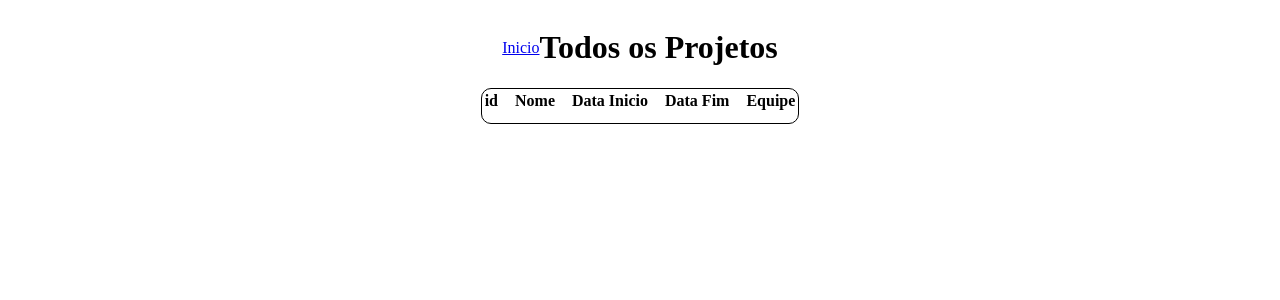
Repository: OmagnetFirel/basico-javaweb
Page: http://localhost/DEVManager/ListarTodosProjetos?np=/listarProjetos.jsp
An editor plug-in stored every save of this project. The page is shown before and after the next save, followed by the edit.
The browser window is 1280 px wide. The pictures show the whole page.
The page is served by Tomcat 9. Other server files are loaded and not shown. Queries for data that is not in the repository find no rows.

Above is the page before, as saved 2023-04-23 18:04:40.

### DEVManager/src/main/webapp/listarProjetos.jsp
<%@ page language="java" contentType="text/html; charset=ISO-8859-1"
    pageEncoding="ISO-8859-1"%>
    <%@ taglib uri="http://java.sun.com/jsp/jstl/core" prefix="c" %>
<!DOCTYPE html>
<html>
<head>
<meta charset="ISO-8859-1">
<title>DM - Todos os projetos</title>
</head>
<body  style="display:flex; justify-content:center; align-items:center; flex-direction:column;">
	<div style="display:flex; justify-content:center; align-items:center;">
		<a href="/index.html">Inicio</a>
		<h1>Todos os Projetos</h1>
	</div>

	<table  style="flex:1; border: 1px solid black; border-radius: 10px;">
		<tr style="margin-bottom:10px; display:flex; flex-direction:row; column-gap: 15px;">
			<th>id</th>
			<th>Nome</th>
			<th>Data Inicio</th>
			<th>Data Fim</th>
			<th>Equipe</th>
		</tr>

		<c:forEach var="projeto" items="${projetos}">
			<tr style="margin-bottom:5px; display:flex; flex-direction:row; column-gap: 15px; border-bottom: 1px solid blue;">
				<td>
					${projeto.id}
				</td>
				<td>
					${projeto.nome}
				</td>
				<td>
					${projeto.dataInicio}
				</td>
				<td>
					${projeto.dataFim}
				</td>
				<td>
					${projeto.equipe.nome}
				</td>
			</tr>
		</c:forEach>


	</table>
</body>
</html>

### DEVManager/src/main/java/br/devmanager/controller/ListarTodosProjetos.java
package br.devmanager.controller;

import java.io.IOException;
import java.sql.SQLException;
import java.util.List;

import javax.servlet.RequestDispatcher;
import javax.servlet.ServletException;
import javax.servlet.annotation.WebServlet;
import javax.servlet.http.HttpServlet;
import javax.servlet.http.HttpServletRequest;
import javax.servlet.http.HttpServletResponse;

import br.devmanager.dao.ProjetoDao;
import br.devmanager.model.Projeto;


@WebServlet("/ListarTodosProjetos")
public class ListarTodosProjetos extends HttpServlet {
	private static final long serialVersionUID = 1L;

    public ListarTodosProjetos() {
        super();
    }


	protected void doGet(HttpServletRequest request, HttpServletResponse response) throws ServletException, IOException {
		ProjetoDao pjDAO = new ProjetoDao();
		List<Projeto> projetos = null;
		try {
			projetos = pjDAO.buscarTodos();
		} catch (SQLException e) {
			e.printStackTrace();
		}

		String np = request.getParameter("np");
		request.setAttribute("projetos", projetos);
		RequestDispatcher rd = request.getRequestDispatcher(np);
		rd.forward(request, response);
	}


	protected void doPost(HttpServletRequest request, HttpServletResponse response) throws ServletException, IOException {
		doGet(request, response);
	}

}

### DEVManager/src/main/java/br/devmanager/dao/ProjetoDao.java
package br.devmanager.dao;
import java.util.List;
import java.util.ArrayList;
import java.sql.Connection;
import java.sql.PreparedStatement;
import java.sql.ResultSet;
import java.sql.SQLException;

import br.devmanager.model.Projeto;

public class ProjetoDao {
	private Connection con = null;

	public ProjetoDao() {
		con = ConnectionFactory.getConnection();
	}

	public void adicionar(Projeto projeto) throws SQLException {
		String sql = "insert into projeto(nome, data_inicio, data_fim, equipe_id) values (?,?,?,?)";
		PreparedStatement stmt = con.prepareStatement(sql);

		java.sql.Date data_inicio_Convertida = null;
		try {
			data_inicio_Convertida = new java.sql.Date(projeto.getDataInicio().getTime());
		}catch (Exception e) {
			// TODO: handle exception
		}

		java.sql.Date data_fim_Convertida = null;
		try {
			data_fim_Convertida = new java.sql.Date(projeto.getDataFim().getTime());
		}catch (Exception e) {
			// TODO: handle exception
		}
		stmt.setString(1, projeto.getNome());
		stmt.setDate(2, data_inicio_Convertida);
		stmt.setDate(3, data_fim_Convertida);
		stmt.setInt(4, projeto.getEquipe().getId());

		stmt.execute();
		stmt.close();
		con.close();
	}

	public Projeto buscarUm(int id) throws SQLException{

		String sql = "select id, nome, data_inicio, data_fim, equipe_id from projeto where id=?";
		PreparedStatement stmt = con.prepareStatement(sql);
		stmt.setInt(1, id);
		ResultSet rs = stmt.executeQuery();

		Projeto projeto = null;

		if(rs.next()) {
			try {
				EquipeDao equipeDao = new EquipeDao();


				projeto = new Projeto(
						rs.getInt("id"),
						rs.getString("nome"),
						rs.getDate("data_inicio"),
						rs.getDate("data_fim"),
						equipeDao.buscarUm(rs.getInt("equipeId"))
						);
			}catch (Exception e) {
				System.out.println("Error: " + e);
			}
		} else {
			System.out.println("Não foi encontrado nem um proje com o id: " + id);
		}
		stmt.close();
		con.close();

		return projeto;

	}

	public List<Projeto> buscarTodos() throws SQLException {
		String sql = "select id, nome, data_inicio, data_fim, equipe_id from projeto";
		PreparedStatement stmt = con.prepareStatement(sql);
		ResultSet rs = stmt.executeQuery();

		List<Projeto> projetos = new ArrayList<Projeto>();
		while(rs.next()) {
			EquipeDao equipeDao = new EquipeDao();

			Projeto projeto = new Projeto(
					rs.getInt("id"),
					rs.getString("nome"),
					rs.getDate("data_inicio"),
					rs.getDate("data_fim"),
					equipeDao.buscarUm(rs.getInt("equipe_id"))
					);

			projetos.add(projeto);
		}

		return projetos;
	}
}

### DEVManager/src/main/java/br/devmanager/dao/ConnectionFactory.java
package br.devmanager.dao;

import java.sql.Connection;
import java.sql.DriverManager;
import java.sql.SQLException;

public class ConnectionFactory {

	public static Connection getConnection() {

		try {
			Class.forName("com.mysql.cj.jdbc.Driver");
		} catch (ClassNotFoundException e1) {
			// TODO Auto-generated catch block
			e1.printStackTrace();
		}


		try {
			return DriverManager.getConnection("jdbc:mysql://localhost:3306/db_star"
					,"root",
					"");
		} catch (SQLException e) {
			System.out.println("trolei aqui");
			e.printStackTrace();
		}
		return null;
	}
}

After the next save:
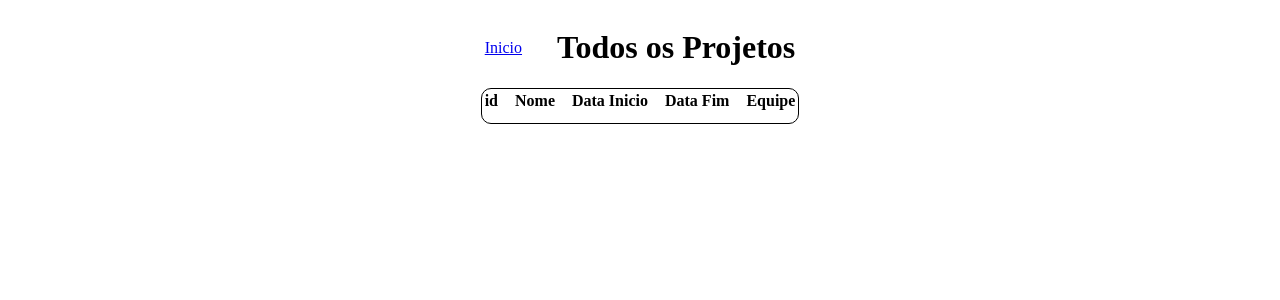
Saved 27 s later.
--- a/DEVManager/src/main/webapp/listarProjetos.jsp
+++ b/DEVManager/src/main/webapp/listarProjetos.jsp
@@ -8,7 +8,7 @@
 <title>DM - Todos os projetos</title>
 </head>
 <body  style="display:flex; justify-content:center; align-items:center; flex-direction:column;">
-	<div style="display:flex; justify-content:center; align-items:center;">
+	<div style="display:flex; justify-content:center; align-items:center; column-gap: 35px">
 		<a href="/index.html">Inicio</a>
 		<h1>Todos os Projetos</h1>
 	</div>
